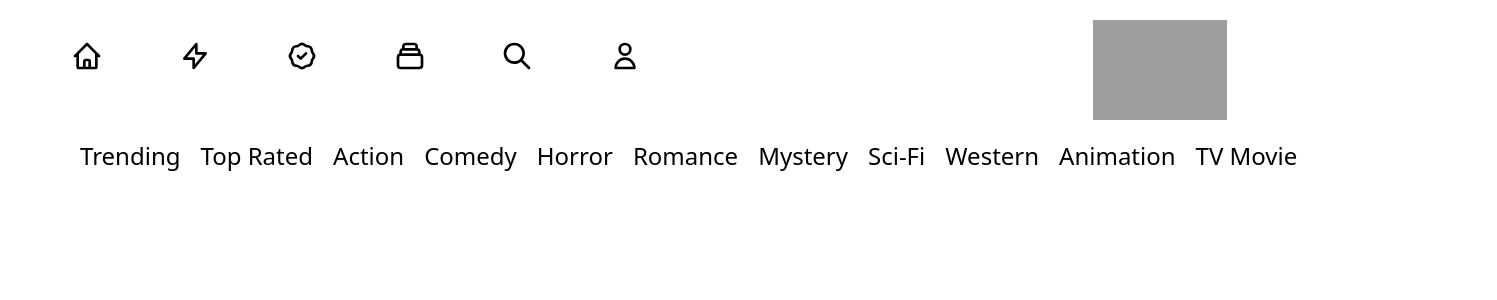
Repository: jafredk/hulu-2
Page: /
An editor plug-in stored every save of this project. The page is shown before and after the next save, followed by the edit.
The browser window is 1280 px wide. The page is 1297 px wide, then 1497 px, so the pictures cover 1497 px, including what lies to the right of the window. The pictures show the whole page.
Pictures or frames that could not be fetched are drawn as grey boxes. The project was rebuilt for these pictures with package versions that can differ from the ones it lists, and the page was loaded fresh each time. The framework's server and built-in components were replaced by stand-ins that run in the browser. Also part of the build but not shown: next.config.js.

Above is the page before, as saved 2021-11-02 11:56:02.

### pages/index.js
import Head from 'next/head'
import Image from 'next/image'
import Header from '../components/Header'
import Nav from '../components/Nav'


export default function Home() {
  return (
    <div>
      <Head>
        <title>HULU</title>
        <meta name="description" content="Generated by create next app" />
        <link rel="icon" href="/favicon.ico" />
      </Head>



      {/* Header */}
      <Header />



      {/* Nav */}
      <Nav />



      {/* Results */}
    </div>
  )
}

### components/Header.js
import {
    BadgeCheckIcon,
    CollectionIcon,
    HomeIcon,
    LightningBoltIcon,
    SearchIcon,
    UserIcon,
} from "@heroicons/react/outline";

import Image from 'next/image'
import HeaderItem from './HeaderItem';

function Header() {
    return (
        <header className="flex flex-col sm:flex-row m-5 justify-between items-center h-auto">
            <div className="flex flex-grow justify-evenly max-w-2xl">
                <HeaderItem title='HOME' Icon={HomeIcon} />
                <HeaderItem title='TRENDING' Icon={LightningBoltIcon} />
                <HeaderItem title='VERIFIED' Icon={BadgeCheckIcon} />
                <HeaderItem title='COLLECTIONS' Icon={CollectionIcon} />
                <HeaderItem title='SEARCH' Icon={SearchIcon} />
                <HeaderItem title='ACCOUNT' Icon={UserIcon} />
            </div>


            <Image className="object-contain bg " src="https://links.papareact.com/ua6" width={200} height={100} />
        </header>
    );
}

export default Header;

### components/Nav.js
import requests from "../utils/requests";

function Nav() {
    return (
        <nav>
            <div className="flex px-10 flex-row space-x-5 sm:px-20 text-2xl whitespace-nowrap">
                {Object.entries(requests).map(([key, { title, url }]) => (
                    <h2 key={key} className="cursor-pointer transition duration-100 transform hover:scale-125 hover:text-white active:text-red-500 " >{title}</h2>
                ))}



                </div>

        </nav>
    );
}

export default Nav;

### components/HeaderItem.js
function HeaderItem({ Icon, title }) {
    return (
        <div className=" flex flex-col items-center cursor-pointer group w-12 sm:w-20 hover:text-white ">
            <Icon className="h-8 mb-1 group-hover:animate-bounce " />
            <p className=" opacity-0 group-hover:opacity-100  tracking-widest">{title}</p>
        </div>
    );
}

export default HeaderItem;

### utils/requests.js
const API_KEY = process.env.API_KEY;

export default {
    fetchTrending: {
        title: "Trending",
        url: `/trending/all/week?api_key=${API_KEY}&language=en-US`,
    },

    fetchTopRated: {
        title: "Top Rated",
        url: `/movie/top_rated?api_key=${API_KEY}&language=en-US`,
    },


    fetchActionMovies: {
        title: "Action",
        url: `/discover/movie?api_key=${API_KEY}&with_genres=28`,
    },

    fetchComedyMovies: {
        title: "Comedy",
        url: `/discover/movie?api_key=${API_KEY}&with_genres=35`,
    },

    fetchHorrorMovies: {
        title: "Horror",
        url: `/discover/movie?api_key=${API_KEY}&with_genres=27`,
    },

    fetchRomanceMovies: {
        title: "Romance",
        url: `/discover/movie?api_key=${API_KEY}&with_genres=10749`,
    },

    fetchMystery: {
        title: "Mystery",
        url: `/discover/movie?api_key=${API_KEY}&with_genres=9648`,
    },

    fetchSciFi: {
        title: "Sci-Fi",
        url: `/discover/movie?api_key=${API_KEY}&with_genres=878`,
    },

    fetchWestern: {
        title: "Western",
        url: `/discover/movie?api_key=${API_KEY}&with_genres=37`,
    },

    fetchAnimation: {
        title: "Animation",
        url: `/discover/movie?api_key=${API_KEY}&with_genres=16`,
    },


    fetchTV: {
        title: "TV Movie",
        url: `/discover/movie?api_key=${API_KEY}&with_genres=10770`,
    },
}

Loaded but not shown: pages/_app.js (common file); styles/globals.css (common file)

After the next save:
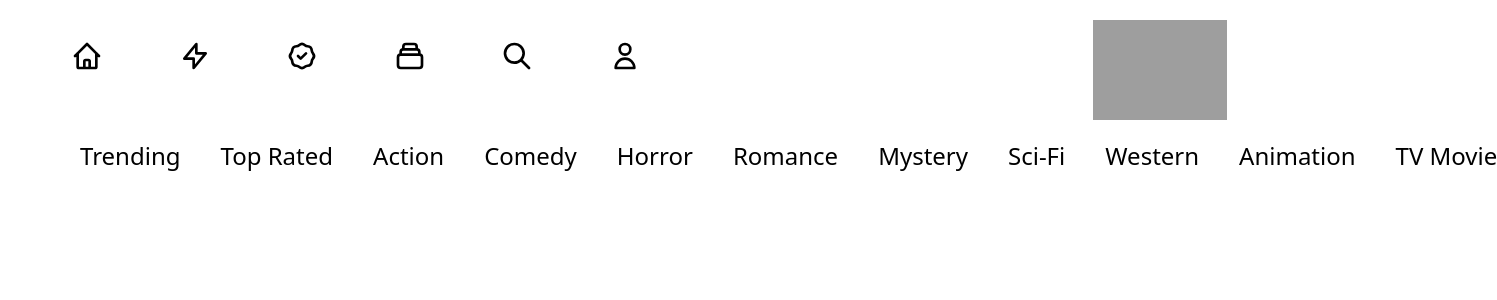
Saved 60 s later.
--- a/components/Nav.js
+++ b/components/Nav.js
@@ -3,7 +3,7 @@ import requests from "../utils/requests";
 function Nav() {
     return (
         <nav>
-            <div className="flex px-10 flex-row space-x-5 sm:px-20 text-2xl whitespace-nowrap">
+            <div className="flex px-10 flex-row space-x-10 sm:px-20 text-2xl whitespace-nowrap">
                 {Object.entries(requests).map(([key, { title, url }]) => (
                     <h2 key={key} className="cursor-pointer transition duration-100 transform hover:scale-125 hover:text-white active:text-red-500 " >{title}</h2>
                 ))}
